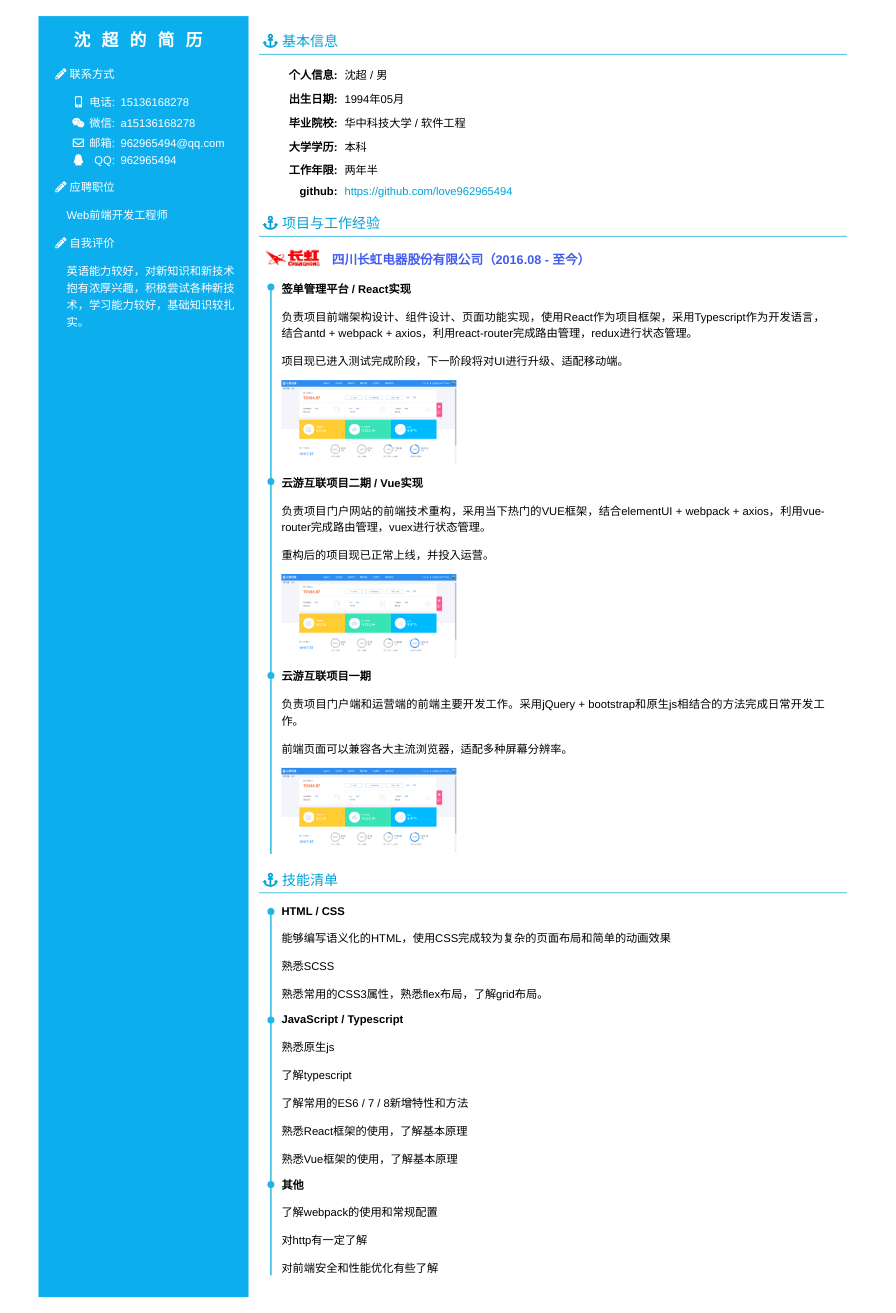
Repository: love962965494/my-resume
Page: index.html
These files come from the project's save history. The page is drawn as it stood at one moment and after the next save; the edit follows.
The browser window is 1280 px wide. The pictures show the whole page, at 70% of full size.
Some web libraries are served in a nearby version. The style sheet was rebuilt from its Sass, Less or Tailwind sources for each picture, by a compiler version that may differ from the author's.

Above is the page before, as saved 2018-09-02 19:10:44.

After the next save:
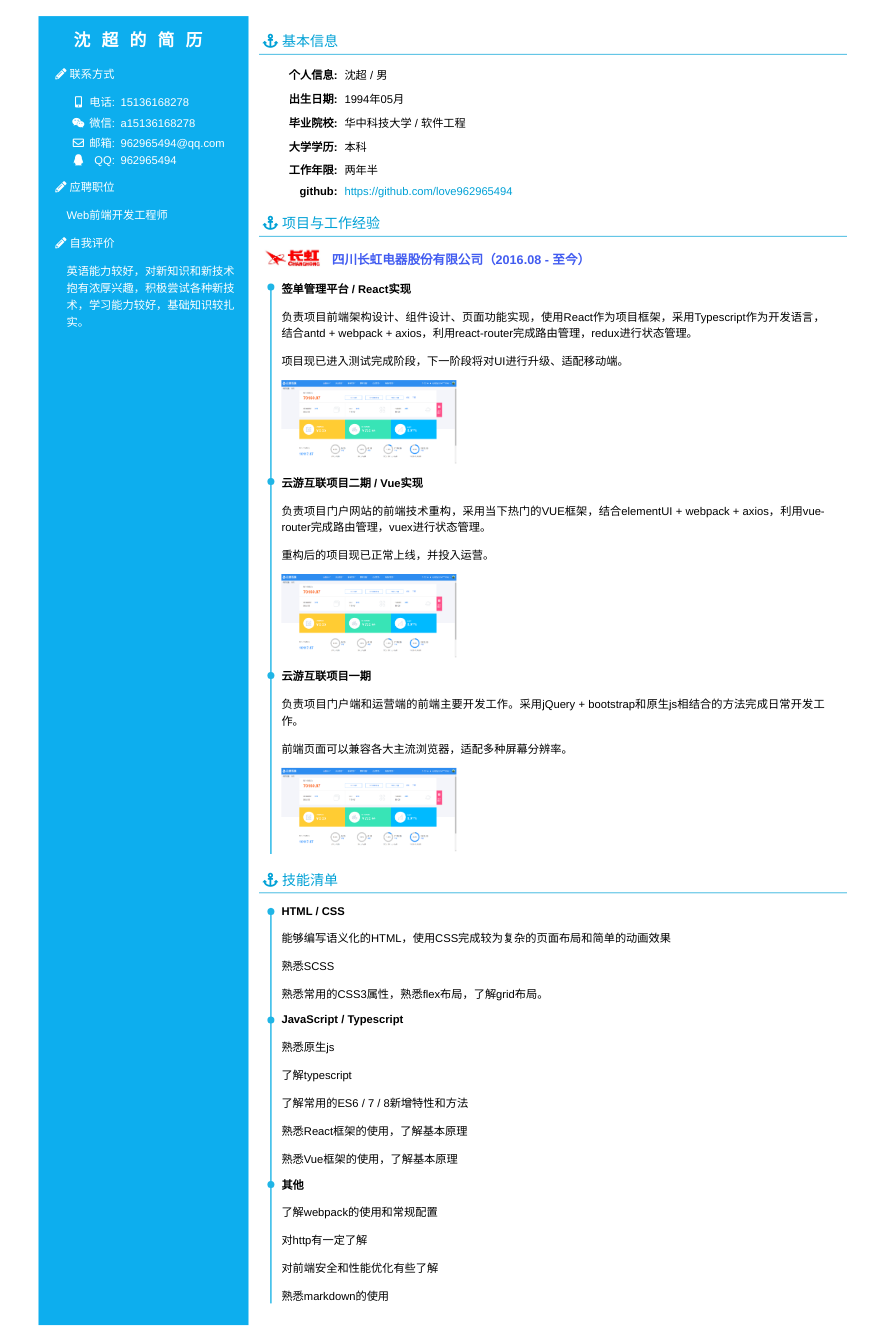
Saved 31 s later.
--- a/index.html
+++ b/index.html
@@ -192,6 +192,7 @@
               <p>了解webpack的使用和常规配置</p>
               <p>对http有一定了解</p>
               <p>对前端安全和性能优化有些了解</p>
+              <p>熟悉markdown的使用</p>
             </div>
           </li>
         </ul>
